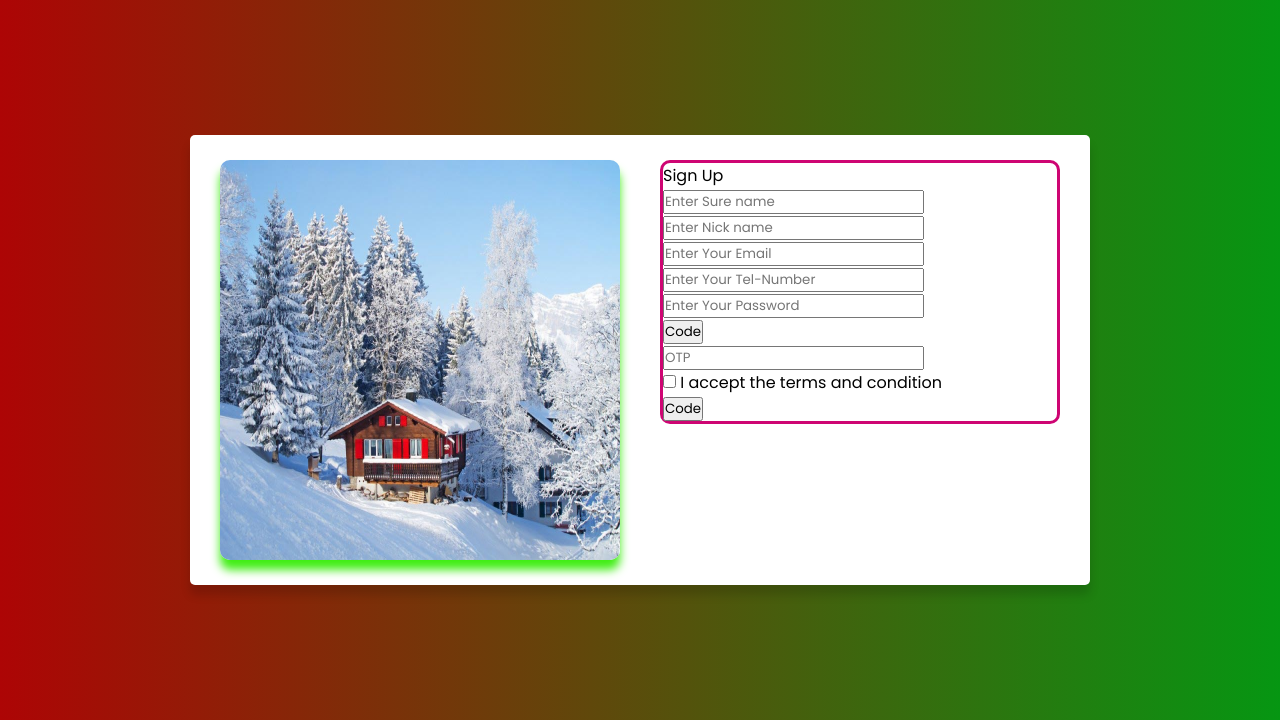
Repository: dev-ashik/Halloween
Page: Reg Page/Index.html
An editor plug-in stored every save of this project. The page is shown before and after the next save, followed by the edit.
The browser window is 1280 px wide. The pictures show the whole page.

Above is the page before, as saved 2021-12-21 21:59:11.

After the next save:
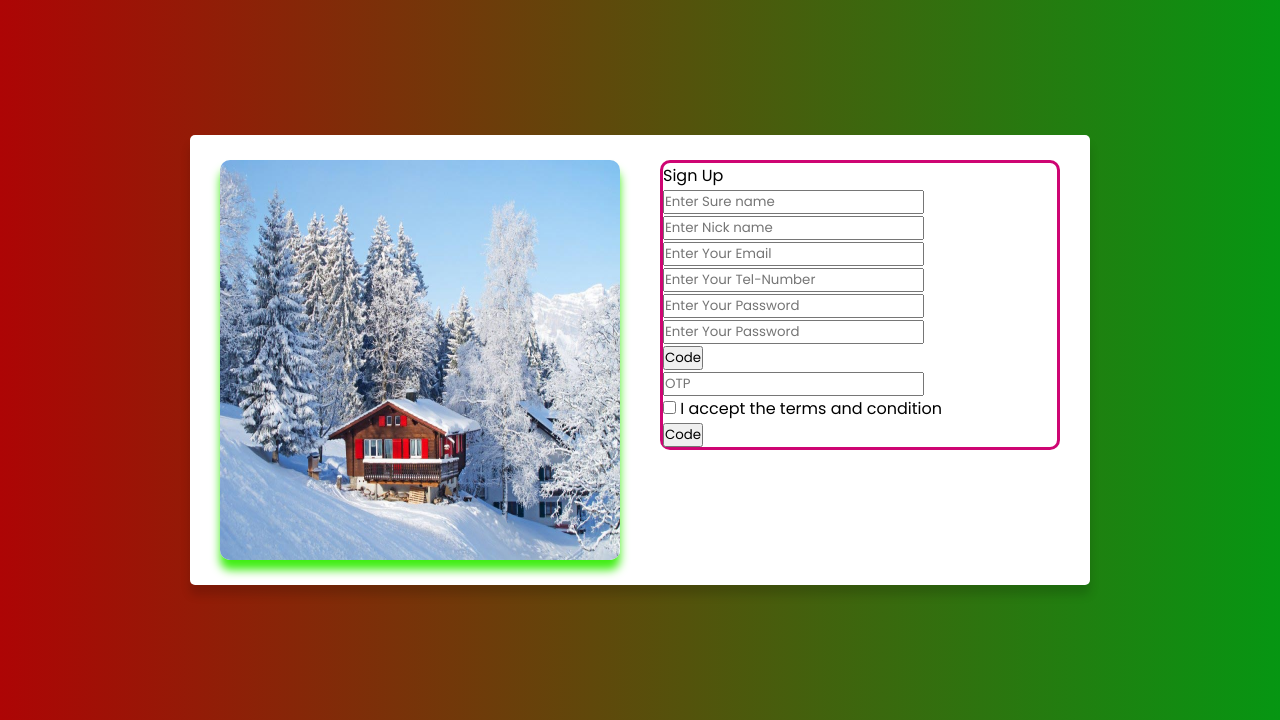
Saved 24 s later.
--- a/Reg Page/Index.html
+++ b/Reg Page/Index.html
@@ -30,6 +30,7 @@
                 </div>
                 <div class="box">
                     <input type="password" placeholder="Enter Your Password" id="pwd" required>
+                    <input type="password" placeholder="Enter Your Password" id="pwd" required>
                     <div class="underline"></div>
                     <!--Password Field with velidation-->
                 </div>
